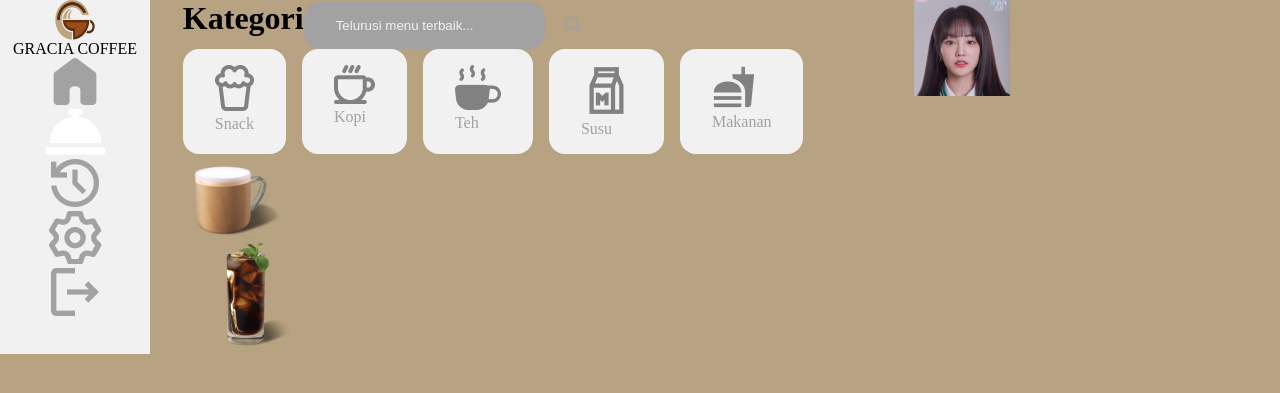
Repository: DanielChuaaa/sbd2
Page: index.html
These files come from the project's save history. The page is drawn as it stood at one moment and after the next save; the edit follows.
The browser window is 1280 px wide. The pictures show the whole page.
Some web libraries are served in a nearby version.

Above is the page before, as saved 2023-10-20 11:04:04.

### index.html
<!DOCTYPE html>
<html lang="en">
<head>
    <meta charset="UTF-8">
    <meta name="viewport" content="width=device-width, initial-scale=1.0">
    <title>Document</title>
    <link href="https://fonts.googleapis.com/css2?family=Roboto+Mono:wght@400;600;700&display=swap" rel="stylesheet" />
    <link
      rel="stylesheet"
      href="https://cdnjs.cloudflare.com/ajax/libs/font-awesome/6.1.2/css/all.min.css"
      integrity="sha512-1sCRPdkRXhBV2PBLUdRb4tMg1w2YPf37qatUFeS7zlBy7jJI8Lf4VHwWfZZfpXtYSLy85pkm9GaYVYMfw5BC1A=="
      crossorigin="anonymous"
      referrerpolicy="no-referrer"
    />
    <link rel="stylesheet" href="style.css">
</head>
<body>
    <div class="container">
        <div class="grid-wrapper">
            <div class="icon">
                <img src="/assets/logo projek SBD 1.png" width="40px" height="40px" alt="logo">
                <p>GRACIA COFFEE</p>
                <a href="#"><img src="./assets/home.png" alt="home"></a>
                <a href="#"><img src="./assets/menu.png" alt="menu"></a>
                <a href="#"><img src="./assets/history.png" alt="history"></a>
                <a href="#"><img src="./assets/setting.png" alt="setting"></a>

                <a href="#"><img src="./assets/logout.png" alt="logout"></a>
            </div>

            <div class="content">
                <div class="nav">
                    <h1>Kategori</h1>
                    <div class="inputWrapper">
                        <input type="text" name="text" id="text" class="input" placeholder="Telurusi menu terbaik...">
                        <i class="fa-solid fa-magnifying-glass"></i>
                    </div>
                </div>

                <div class="menu">
                    <div class="iconMenu"><a href="#"><img src="./assets/popcorn.png" alt="popcorn"></a>
                        <p>Snack</p>
                    </div>
                    <div class="iconMenu"><a href="#"><img src="./assets/kopi.png" alt="kopi"></a>
                        <p>Kopi</p>
                    </div>
                    <div class="iconMenu"><a href="#"><img src="./assets/teh.png" alt="teh"></a>
                        <p>Teh</p>
                    </div>
                    <div class="iconMenu"><a href="#"><img src="./assets/susu.png" alt="susu"></a>
                        <p>Susu</p>
                    </div>
                    <div class="iconMenu"><a href="#"><img src="./assets/makanan.png" alt="makanan"></a>
                        <p>Makanan</p>
                    </div>
                </div>

                <div class="orderMenu">
                    <div class="menu1">
                        <img src="./assets/Vanilla Latte_LongShadow_Cream_1 1.png" alt="">
                    </div>
                    <div class="menu2"><img src="./assets/10032021_Vietnamese_LS-min 1.png" alt=""></div>
                </div>
            </div>

            <div class="order">
                <img src="/assets/g_8___8_idola_cantik_berbakat_alumni_sm_entertainment_yang_sudah_debut_di_girlgroup_agensi_lain_p_eks_sm_trainee-20220408-001-non_fotografer_kly 1.png" alt="">
            </div>
        </div>
    </div>
</body>
</html>

### style.css
:root{
    --clr-primary-100: #B7A281;

    --clr-neutral-100: #818181;
    --clr-neutral-200: #A2A2A2;
    --clr-neutral-300: #D9D9D9;
    --clr-neutral-400: #F8F8F8;
    --clr-neutral-500:  #f1f1f1;

    --ff: "Roboto Mono", monospace;

    --fw-regular: 400;
    --fw-semi-bold: 600;
    --fw-bold: 700;
}

*{
    box-sizing: border-box;
    margin: 0;
    padding: 0;
}

body{
    background-color: #B7A281;
}

.grid-wrapper{
    display: grid;
    grid-template-columns: 0.5fr 2fr 1fr;
}

.icon{
    background: var(--clr-neutral-500);

    display: flex;
    flex-direction: column;

    align-items: center;
    max-width: 150px;
}

.fa-solid{
    color: var(--clr-neutral-200);
    padding: 1rem;
}


/* content */

.nav{
    display: flex;

}

.input{
    background: var(--clr-neutral-200);

    border: none;
    padding: 1rem 2rem;
    border-radius: 1rem;

}

::placeholder{
    color: var(--clr-neutral-500);
}

.menu{
    display: flex;
    gap: 1rem;
}

.iconMenu{
    background: var(--clr-neutral-500);

    padding: 1rem 2rem;
    border-radius: 1rem;
}

.iconMenu p{
    color: var(--clr-neutral-200);
}

After the next save:
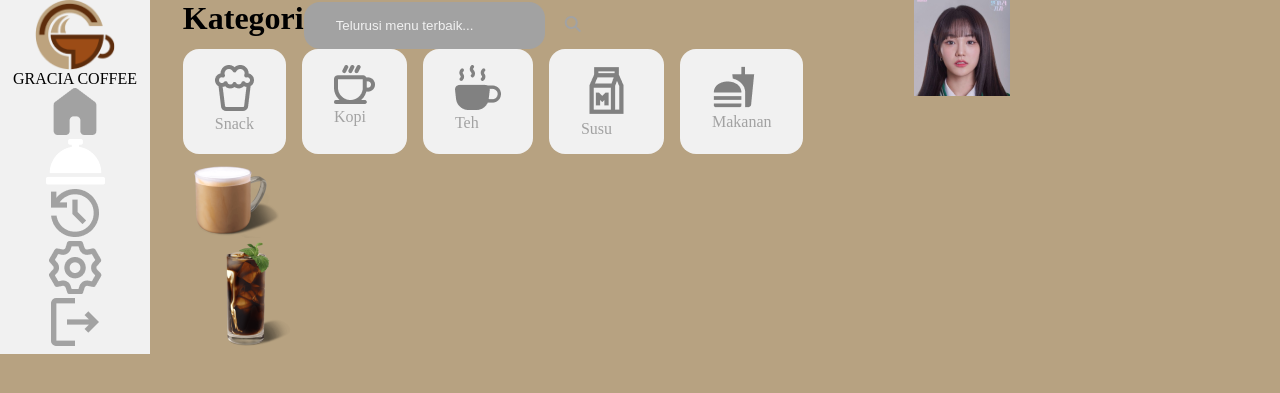
Saved 45 s later.
--- a/index.html
+++ b/index.html
@@ -18,7 +18,7 @@
     <div class="container">
         <div class="grid-wrapper">
             <div class="icon">
-                <img src="/assets/logo projek SBD 1.png" width="40px" height="40px" alt="logo">
+                <img src="/assets/logo projek SBD 1.png" width="80px" height="70px" alt="logo">
                 <p>GRACIA COFFEE</p>
                 <a href="#"><img src="./assets/home.png" alt="home"></a>
                 <a href="#"><img src="./assets/menu.png" alt="menu"></a>
